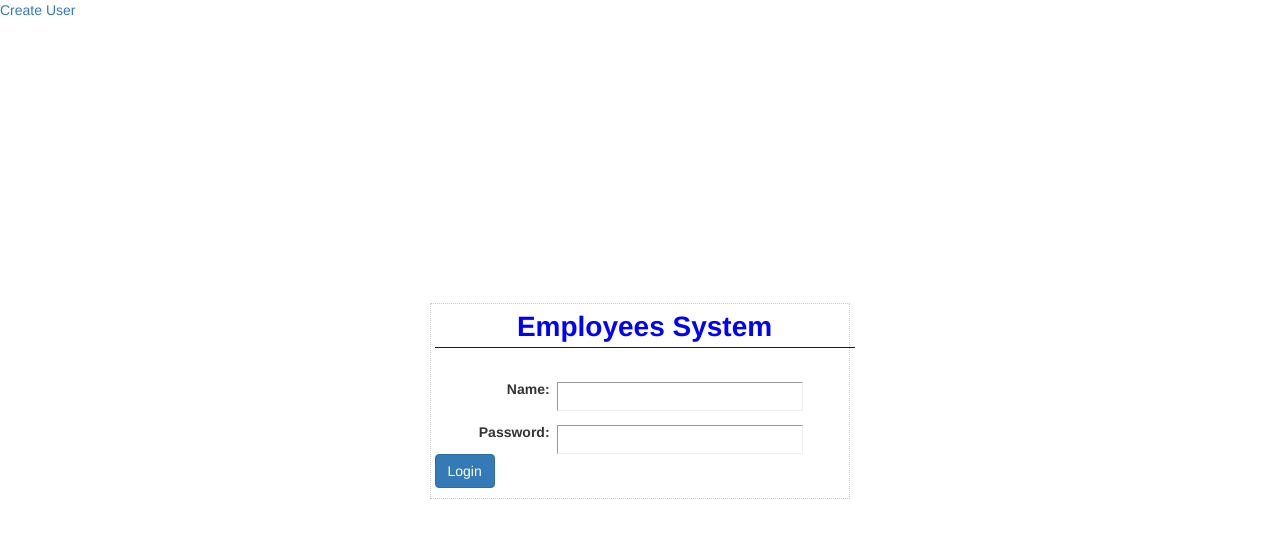
Repository: Hossam-Ali-zz/Employee-System
Page: http://localhost/Employee/login.jsp?lang=en
The author's editor kept a copy of each file at every save. The page is drawn from the files as they stood at one save, then again after the next save.
The browser window is 1280 px wide. The pictures show the whole page.
Some web libraries are served in a nearby version. The page is served by Tomcat 9. Nobody is signed in. The application's start-up code is not run.

Above is the page before, as saved 2017-04-03 12:27:53.

After the next save:
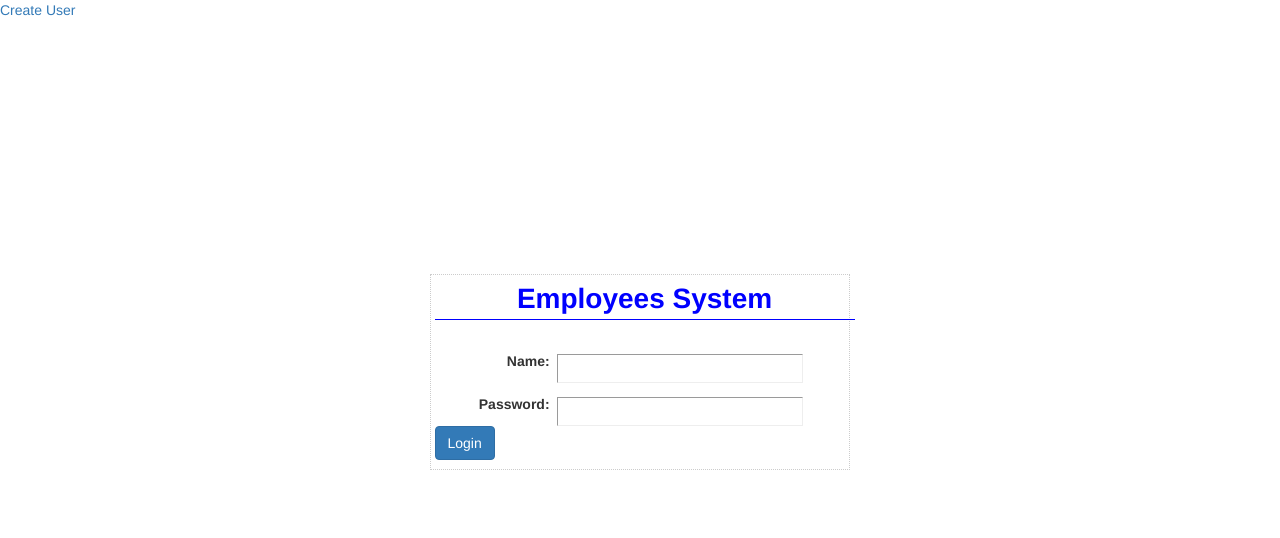
Saved 7 s later.
--- a/Employee/WebContent/login.jsp
+++ b/Employee/WebContent/login.jsp
@@ -20,7 +20,7 @@ form {
 	height: 14em;
 	margin: -5em auto 0 auto;
 	position: relative;
-	top: 49%;
+	top: 45%;
 	border: 1px dotted #ccc;
 	padding: .25em;
 }
